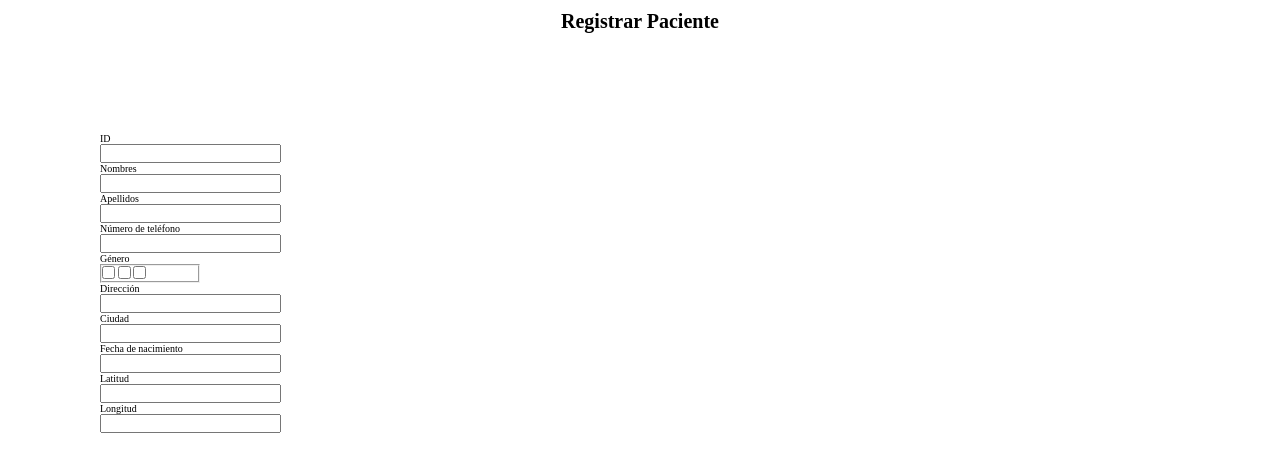
Repository: alexvl06/HospiEnCasa
Page: HospiEnCasa.App/HospiEnCasa.App.Frontend/pacientForm.html
These files come from the project's save history. The page is drawn as it stood at one moment and after the next save; the edit follows.
The browser window is 1280 px wide. The pictures show the whole page.

Above is the page before, as saved 2022-07-05 16:43:05.

### HospiEnCasa.App/HospiEnCasa.App.Frontend/pacientForm.html
<!DOCTYPE html>
<html lang="es">
  <head>
    <meta charset="UTF-8" />
    <meta http-equiv="X-UA-Compatible" content="IE=edge" />
    <meta
      name="viewport"
      content="width=device-width
    , initial-scale=1.0"
    />
    <title>Formulario pacientes</title>
    <link rel="stylesheet" href="style.css">
  </head>
  <body>
    <header>
      <h1>Registrar Paciente</h1>
    </header>
    <main>
      <form action="">
        <label for="id">
          <span>ID</span>
          <input type="text" name="id" id="id" required />
        </label>
        <label for="firstname">
          <span>Nombres</span>
          <input
            type="text"
            name="firstname"
            id="firstname"
            requiredphonenumber
          />
        </label>
        <label for="lastname">
          <span>Apellidos</span>
          <input type="text" name="lastname" id="lastname" required />
        </label>
        <label for="phonenumber">
          <span>Número de teléfono</span>
          <input type="text" name="phonenumber" id="phonenumber" required />
        </label>
        <label for="genre">
          <span>Género</span>
          <fieldset>
            <input type="checkbox" name="male" id="male" />
            <input type="checkbox" name="female" id="female" />
            <input type="checkbox" name="other" id="other" />
          </fieldset>
        </label>
        <label for="address">
          <span>Dirección</span>
          <input type="text" name="address" id="address" required />
        </label>
        <label for="city">
          <span>Ciudad</span>
          <input type="text" name="city" id="city" required />
        </label>
        <label for="birthdate">
          <span>Fecha de nacimiento</span>
          <input type="text" name="birthdate" id="birthdate" required />
        </label>
        <label for="lat">
          <span>Latitud</span>
          <input type="text" name="lat" id="lat" />
        </label>
        <label for="long">
          <span>Longitud</span>
          <input type="text" name="long" id="long" />
        </label>
      </form>
    </main>

  </body>
</html>

### HospiEnCasa.App/HospiEnCasa.App.Frontend/style.css
*{
  box-sizing: border-box;
  margin:0;
  padding: 0;
}

html{
  font-size: 62.5%;
}

h1{
  display:flex;
  justify-content: center;
  margin: 1rem;
}

form{
  display: flex;
  flex-direction: column;
  width: 10rem;
  margin: 10rem;

}

After the next save:
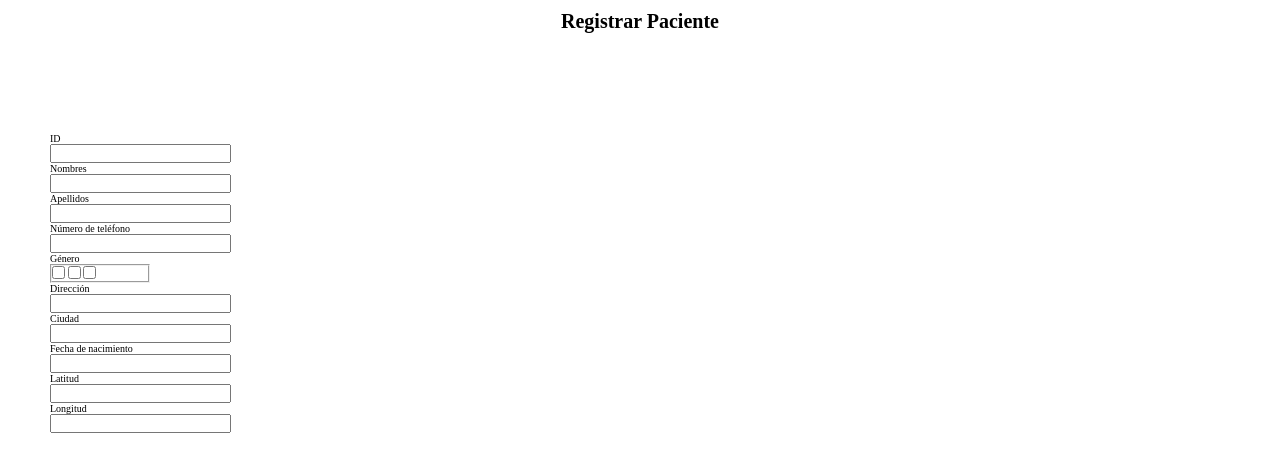
Saved 14 s later.
--- a/HospiEnCasa.App/HospiEnCasa.App.Frontend/style.css
+++ b/HospiEnCasa.App/HospiEnCasa.App.Frontend/style.css
@@ -18,6 +18,6 @@ form{
   display: flex;
   flex-direction: column;
   width: 10rem;
-  margin: 10rem;
+  margin: 10rem 5rem;
 
 }
